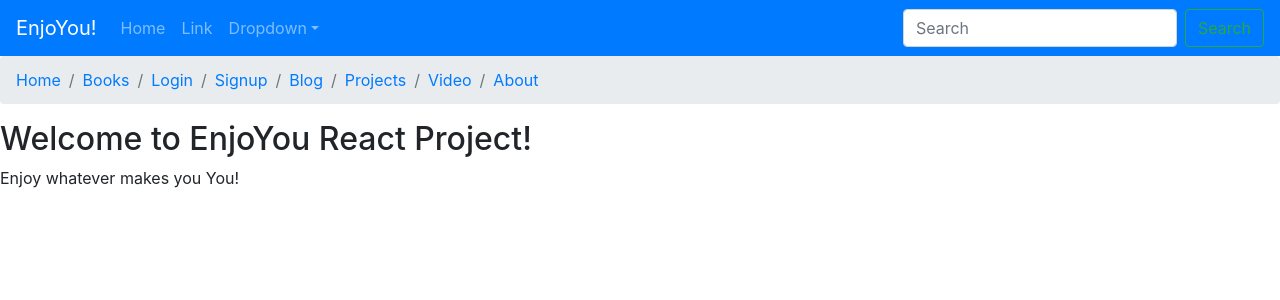
Repository: ebo-arcadia/enjoyou
Page: /
These files come from the project's save history. The page is drawn as it stood at one moment and after the next save; the edit follows.
The browser window is 1280 px wide. The pictures show the whole page.
The project was rebuilt for these pictures with package versions that can differ from the ones it lists, and the page was loaded fresh each time. Also part of the build but not shown: src/components/BooksList.js, src/containers/Login.js, src/containers/signup.js, src/containers/blog.js, src/containers/Projects.js, src/containers/video.js, src/components/About.js.

Above is the page before, as saved 2021-04-20 16:56:46.

After the next save:
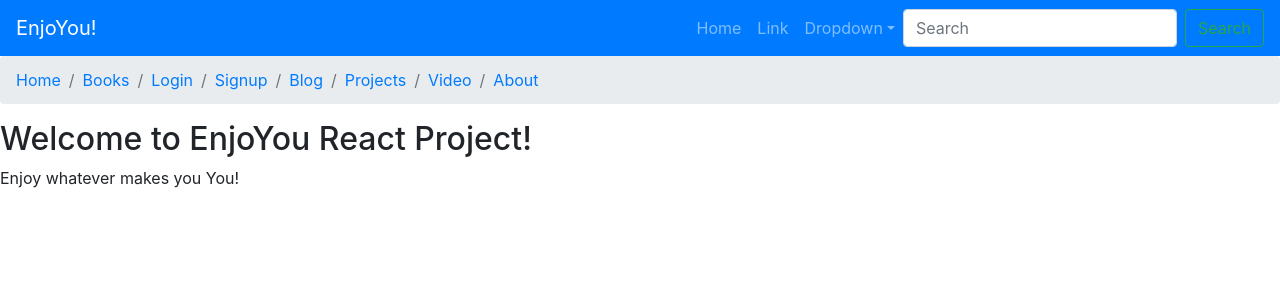
Saved 102 s later.
--- a/src/components/NavigationBar.js
+++ b/src/components/NavigationBar.js
@@ -7,7 +7,7 @@ const NavigationBar = () => {
         <Navbar.Brand href="#home">EnjoYou!</Navbar.Brand>
         <Navbar.Toggle aria-controls="basic-navbar-nav" />
         <Navbar.Collapse id="basic-navbar-nav">
-          <Nav className="mr-auto">
+          <Nav className="ml-auto">
             <Nav.Link href="#home">Home</Nav.Link>
             <Nav.Link href="#link">Link</Nav.Link>
             <NavDropdown title="Dropdown" id="basic-nav-dropdown">
